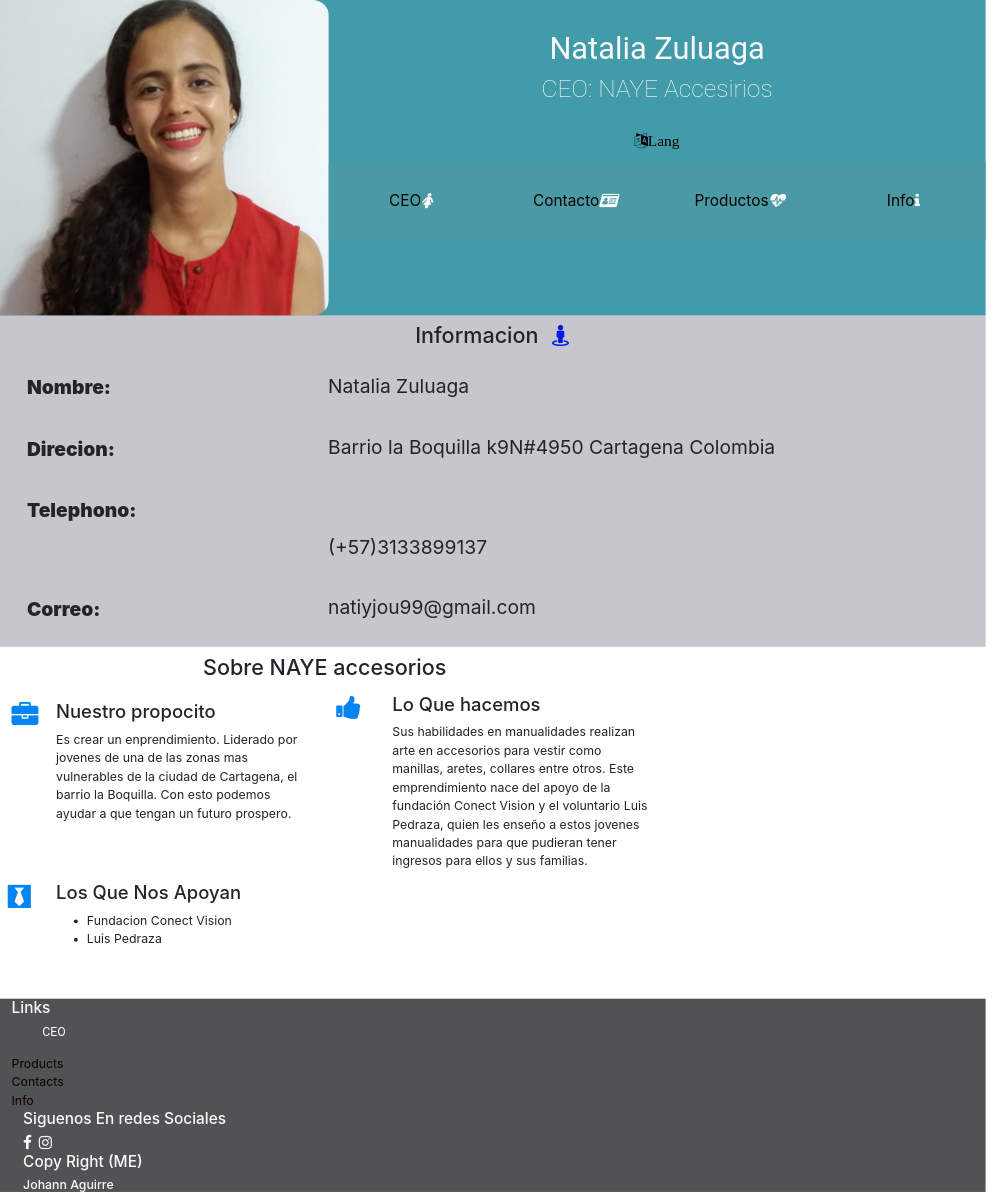
Repository: cachimiro/1-mile-stone-project
Page: index.html
The author's editor kept a record of every edit. The page is drawn from the files as they stood at one moment, then again after the next edit.
The browser window is 1280 px wide. The page is 1295 px wide, so the pictures cover 1295 px, including what lies to the right of the window. The pictures show the whole page, at 77% of full size.
Some web libraries are served in a nearby version.

Above is the page before.

### index.html
<!DOCTYPE html>
<html lang="es">

<head>
    <meta charset="UTF-8">
    <meta name="viewport" content="width=device-width, initial-scale=1.0">
    <meta http-equiv="X-UA-Compatible" content="ie=edge">
    <link rel="stylesheet" href="https://stackpath.bootstrapcdn.com/bootstrap/4.2.1/css/bootstrap.min.css" type="text/css" />
    <link rel="stylesheet" href="https://stackpath.bootstrapcdn.com/font-awesome/4.7.0/css/font-awesome.min.css" type="text/css" />
    <link rel="stylesheet" href="https://cdnjs.cloudflare.com/ajax/libs/hover.css/2.3.1/css/hover-min.css" type="text/css" />
    <link rel="stylesheet" href="css/style.css" type="text/css" />
    <title>NAYE accesirios</title>
</head>

<body>
    <header>
        <div class="row no-gutters">
            <a href="#" class="col-sm logo ">

            </a>

            <div class="col-md-8">
                <div class="row no-gutters">
                    <div class="col heading bg-color-name-title">
                        <h1 class="name">Natalia Zuluaga</h1>
                        <h2 class="title">CEO: NAYE Accesirios</h2>
                        <div class="dropdown">
                            <button class="dropbtn"><i class="fa fa-language">Lang</i></button>
                            <div class="dropdown-content">
                                <a href="index-english.html">English</a>
                            </div>
                        </div>


                    </div>
                </div>
                <div class="row no-gutters inline-block">
                    <div class="col"></div>
                    <ul id="nav" class="list-inline menucontainer">
                        <li class="col-6 col-sm-3 ui-menu-color-ceo list-inline-item menuitem">
                            <a href="#">CEO<i class="fa fa-ceo hvr-icon" aria-hidden="true"> <span><i class="fas fa-female"></i></span></i>  </a>
                        </li>
                        <li class="col-6 col-sm-3 ui-menu-color-contacto list-inline-item menuitem">
                            <a href="contactos.html">Contacto<i class="fa fa-contact hvr-icon" aria-hidden="true"> <span><i class="far fa-id-card"></i></span></i>  </a>
                        </li>
                        <li class="col-6 col-sm-3 ui-menu-color-productos list-inline-item menuitem">
                            <a href="productos.html"> Productos<i class="fa fa-crown hvr-icon" aria-hidden="true"> <span><i class="fas fa-heartbeat"></i></span></i>  </a>
                        </li>
                        <li class="col-6 col-sm-3 ui-menu-color-info list-inline-item menuitem">
                            <a href="informacion.html">Info<i class="fa fa-info hvr-icon" aria-hidden="true"></i>  </a>
                        </li>


                    </ul>

                </div>

            </div>
        </div>
    </header>
    <section class="container-fluid">
        <div class="row">
            <div class="col bg-color-personal-info section-column colour-of-infimacion">
                <div class="row">
                    <div class="col-12">
                        <h3 class="section-heading uppercase">Informacion <i class="fa fa-street-view"></i></h3>
                    </div>
                </div>
                 <div class="personal-info-item">
                    <div class="key">
                        <p class="uppercase">
                            Nombre:

                        </p>
                    </div>
                    <div class="value">
                        <p>
                            Natalia Zuluaga

                        </p>
                    </div>
                </div>
                <div class="personal-info-item">
                    <div class="key">
                        <p class="uppercase">
                            Direcion:

                        </p>
                    </div>
                    <div class="value">
                        <p>
                            Barrio la Boquilla k9N#4950 Cartagena Colombia

                        </p>
                    </div>
                </div>
                 <div class="personal-info-item">
                    <div class="key">
                        <p class="uppercase">
                            Telephono:

                        </p>
                    </div>
                    <div class="value">
                        <p class="move-right">
                       (+57)3133899137

                        </p>
                    </div>
                </div>
                 <div class="personal-info-item">
                    <div class="key">
                        <p class="uppercase">
                            Correo:

                        </p>
                    </div>
                    <div class="value">
                        <p>
                            natiyjou99@gmail.com

                        </p>
                    </div>
                </div>
            </div>

            <div class="row">
            <div class="col-md-8 bg-color-three-reasons section-column">
                <div class="row">
                    <div class="col">
                        <h3 class="section-heading uppercase">Sobre NAYE accesorios</h3>
                    </div>
                </div>
                    <div class="row">
                        <div class="col-10 offset-1 offset-sm-0 col-sm-4 col-md-6">
                            <div class="row">
                                <div class="col-2">
                                    <i class=" move-icon three-reasons-icon fa fa-briefcase" aria-hidden="true"></i>
                                </div>
                                <div class="col-10">
                                    <h4 class="three-reasons-heading uppercase add-padding">Nuestro  propocito</h4>
                                    <p> Es crear un enprendimiento. Liderado por jovenes
                                    de una de las zonas mas vulnerables de la ciudad de Cartagena,
                                    el barrio la Boquilla. Con esto podemos ayudar a que tengan un futuro prospero. </p>
                                </div>
                            </div>
                        </div>
                         <div class="col-10 offset-1 offset-sm-0 col-sm-4 col-md-6">
                            <div class="row">
                                <div class="col-2">
                                    <i class="three-reasons-icon fa fa-thumbs-up" aria-hidden="true"></i>
                                </div>
                                <div class="col-10">
                                    <h4 class="three-reasons-heading uppercase">Lo Que hacemos </h4>
                                    <p> Sus habilidades en manualidades realizan arte en accesorios para vestir
                                       como manillas, aretes, collares entre otros. Este emprendimiento
                                       nace del apoyo de la fundación Conect Vision y el voluntario Luis Pedraza,
                                       quien les enseño a estos jovenes manualidades para que pudieran tener ingresos
                                       para ellos y sus familias.</p>
                                </div>
                            </div>
                        </div>
                         <div class="col-10 offset-1 offset-sm-0 col-sm-4 col-md-6">
                            <div class="row">
                                <div class="col-2">
                                    <i class="move-icon-3 three-reasons-icon fa fa-black-tie" aria-hidden="true"></i>
                                </div>
                                <div class="col-10">
                                    <h4 class="three-reasons-heading uppercase">Los Que Nos Apoyan</h4>
                                    <ul>
                                        <li>Fundacion Conect Vision</li>
                                        <li class="add-padding-3">Luis Pedraza</li>
                                    </ul>
                                </div>
                            </div>
                        </div>

                    </div>

            </div>
        </div>
        </div>



    </section>



    <footer class="container-fluid">
        <div id="footer-detail" class="row">
            <div class="col-sm-4">
                <h5 class="uppercase general-sub">Links</h5>
                <div class="inline-block">
                    <ul class="links-footer">
                        <a href="#">
                            <li>
                                CEO
                            </div>
                        </a>
                         <a href="productos.html">
                            <div>
                                Products
                            </div>
                        </a>
                         <a href="contactos.html">
                            <div>
                                Contacts
                            </div>
                        </a>
                         <a href="informacion.html">
                            <div>
                                Info
                            </div>
                        </a>
                    </div>
                </div>
            </div>
            <div class="col-sm-4">
                <h5 class="uppercase general-sub">Siguenos En redes Sociales</h5>
                <div class="social-media-icons">
                    <div class="list-inline-item">
                        <a href="https://m.facebook.com/Nayeaccesorio/" target="_blank" class="">
                        <i class="fa fa-facebook" aria-hidden="true"></i>
                        <span class="sr-only">Facebook</span>
                        </a>
                    </div>
                    <div class="list-inline-item"></div>
                    <a href="https://www.instagram.com/nayeaccesorios/" target="_blank" class="">
                         <i class="fa fa-instagram" aria-hidden="true"></i>
                            <span class="sr-only">Instagram</span>
                            </a>

                </div>
            </div>
             <div class="col-sm-4">
                <h5 class="uppercase general-sub"> Copy Right (ME)</h5>
                <h6>Johann Aguirre</h6>

            </div>
        </div>


    </footer>
</body>

</html>

### css/style.css
@import url('https://fonts.googleapis.com/css?family=Roboto+Slab&display=swap');
/*----------colours*/

header {
    margin: 0;
    background-color: #419ba8;
    color: #f9f7fa;


}

.bg-color-name-title {
    padding-top: 30px;
}


.ui-menu-color-ceo {
    background-color:#499aa5;
    transition: all .5s ease-in-out;
    -moz-transition: all .5s ease-in-out;
    -webkit-transition: all .5s ease-in-out;


}

.ui-menu-color-contacto {
    background-color: #499aa5;
    transition: all .5s ease-in-out;
    -moz-transition: all .5s ease-in-out;
    -webkit-transition: all .5s ease-in-out;

}

.ui-menu-color-productos {
    background-color: #499aa5;
    transition: all .5s ease-in-out;
    -moz-transition: all .5s ease-in-out;
    -webkit-transition: all .5s ease-in-out;

}

.ui-menu-color-info {
    background-color: #499aa5;
    transition: all .5s ease-in-out;
    -moz-transition: all .5s ease-in-out;
    -webkit-transition: all .5s ease-in-out;

}

/*---------------sosial links colors*/

.social-links i {
    color: black;
}

/*-------------------heading, decoration*/

.list-inline-item:not(:last-child) {
    margin: 0;
}

.list-inline-item:hover{
    background-color: #757b7b;
    border-radius: 50%;
}

.bg-color-name-title {
    padding-top: 30px;
    font-family: "roboto", sans-serif;
    text-align: center;
}

.title {
    font-weight: 200;
    padding-bottom: 15px;
}

.name {
    font-weight: 400;
    padding-top: 10px;
}





i {
    color: #fafafa;

}

.inline-block {
    display: inline;
}

a {
    color: #0d0101;
}

a:hover {
    text-decoration: none;
    color: #fafafa;
}

.logo {
    background: url("../photo/natalia.jpg");
    background-position: center;
    background-repeat: no-repeat;
    background-size: cover;
    height: 410px;
    width: 370px;
    border-top-right-radius: 5%;
    border-bottom-right-radius: 5%;
    transition: all .5s ease-in-out;
    -moz-transition: all .10s ease-in-out;
    -webkit-transition: all .10s ease-in-out;
}

.menucontainer {
    font-size: 0;
}



#nav li {
    font-size: 20px;
    padding: 0;

}

.menuitem {
    line-height: 100px;
    text-align: center;

}


/*----------------drop down button*/

.dropbtn {
    background-color: transparent;
    color: #222020;
    padding: 16px;
    font-size: 12px;
    border: none;
}

.dropdown i {
    color: #000000;
    font-size: 20px;
}

.dropdown {
    position: static;
    display: inline-block;
    text-align: right;

}

.dropdown-content {
    display: none;
    position: absolute;
    background-color: #fafafa;
    min-width: 16px;
    box-shadow: 0px 8px 16px 0px rgba(0, 0, 0, 0.2);
    z-index: 1;
    border-radius: 20%;
}

.dropdown-content a {
    color: #000000;
    padding: 12px 16px;
    text-decoration: none;
    display: block;
}

.dropdown-content a:hover {
    background-color: #eb1e03;
    border-radius: 50%;


}

.dropdown:hover .dropdown-content {
    display: block;
}



/*-----------------------------section personal informtion informacion*/

.section-heading {
    padding: 10px;
    text-align: center;
}

.add-padding {
    padding-top: 10px;
}

.add-padding-3 {
    padding-bottom: 50px;
}

.move-icon {
    padding-left: 15px;
    padding-top: 10px;
}

.move-icon-3 {
    padding-left: 10px
}

.three-reasons-icon {
    color: #0284f3;
    font-size: 35px;

}

.colour-of-infimacion {
    background-color: #c6c6cc;
    line-height: 18px;

}


.personal-info-item {
    font-size: 25px;
    margin-bottom: 20px;
    padding: 20px;
    display: block;
    clear: both;

}

.col-md-4 {
    padding-right: 0;
}

.personal-info-item .key,
.personal-info-item .value {
    padding-right: 8px;
    display: inline-block;

}

.personal-info-item .key p,
.personal-info-item .value p {
    margin: 0;
}

.move-right {
    padding-top: 50px;
}

.personal-info-item .key {
    width: 30%;
    margin-right: 21px;
    padding-top: 2px;
    vertical-align: top;
}

.personal-info-item .key p {
    font-weight: 900;

}

.personal-info-item .value {
    position: relative;
    width: 60%;
}

/*----------------------------section icons*/

h3 i {
    color: #0517ea;
    padding-left: 10px;
}

/*---------------------footer links*/

.links-footer {
    font-family: "roboto", sans-serif;
    padding-right: 250px;



}

.links-footer li {
    color: #fafafa;
    text-decoration: none;
    list-style-type: none;
}

.links-footer li:hover {
    color: #e80c0c;


}

/*-----------------------footer*/


.social-media-icons i {
    color: #fafafa;
    text-align: center;
    font-size: 20px;


}

.social-media-icons i:hover {
    background-color: #e80c0c;
    border-radius: 50%;
    height: 30px;
    width: 30px;
    padding-top: 5px;
    transition-duration: 1s;



}

footer {
    background-color: #505254;
    margin: 0;
    color: #fafafa;
    position: static;


}




/*---------------------------------productos.html*/

/*------------------------------header*/



.logo-2 {
    text-align: center;
    top: -36px;
    background-repeat: no-repeat;
    width: 200px;
    height: 200px;
    margin: 0px;
    padding: 0px;
    background-color: #499aa5;
    transition: all 2s ease-in-out;
    -moz-transition: all 2s ease-in-out;
    -webkit-transition: all 2s ease-in-out;
}


.nowrap {
    flex-wrap: wrap-reverse;
}

/*--------------------------------------------section*/

/*----------------------------------image*/

.photo-adjust {
    margin: 0;
    padding: 0;
    display: block;
    top: -21px;
    line-height: 20px;


}

.photo-1 {
    border-radius: 50%;
    -webkit-transition: border-radius 2s;
    transition: border-radius 2s;
}

.photo-1:hover {
    border-radius: 0;
    transition-duration: 1s;

}



.dropdown-links {
    line-height: 100px;
    text-align: center;

}

.dropbtn-links {
    top: -56px;
    padding: 0;
    margin: 0;
}

/*--------------------------hover image information*/

.font-style {
    color: #111111;
    font-family: "roboto", sans-serif;
    font-weight: 600;
    text-align: center;
    text-shadow: 2px 2px #28c7db;
    padding: 10px;
}

/*-------------------------drop-down-button-2*/

.dropdown-2 {
    position: static;
    right: -500px;
    top: 0;
    z-index: 1;

}

.dropbtn-2 {
    background-color: transparent;
    color: #222020;
    padding: 16px;
    font-size: 12px;
    border: none;
}

.dropdown-2 i {
    color: #222020;
    font-size: 20px;
}




.dropdown-content-2 {
    display: none;
    position: absolute;
    background-color: #fafafa;
    min-width: 16px;
    box-shadow: 0px 8px 16px 0px rgba(0, 0, 0, 0.2);
    z-index: 1;
    border-radius: 20%;
}

.dropdown-content-2 a {
    color: #000000;
    padding: 12px 16px;
    text-decoration: none;
    display: block;
}

.dropdown-content-2 a:hover {
    background-color: #eb1e03;
    border-radius: 50%;


}

.dropdown-2:hover .dropdown-content-2 {
    display: block;
}

.dropdown-2:hover .dropbtn-2 {
    background-color: #3fbec8;


}

/*------------------------------------contactos.html*/

.bg-color-lightblue {
    background-color: #fafafa;
}

.logo-3 {
    text-align: center;
    top: -56px;
    background-repeat: no-repeat;
    width: 200px;
    height: 200px;
    margin: 0px;
    padding: 0px;
    position: static;
    background-color: #499aa5;
    transition: all 2s ease-in-out;
    -moz-transition: all 2s ease-in-out;
    -webkit-transition: all 2s ease-in-out;
}

.menuitem-1 {
    line-height: 100px;
    text-align: center;
}

/*---------------------------------contact form*/

.contact-firm {
    text-align: center;
    font-size: 40px;
    font-weight: 200;
    font-family: "roboto", sans-serif;
    padding: 20px;
    color: #000000;

}

input[type=email] {
    width: 100%;
    border-radius: 4px;
    margin-bottom: 10px;
    padding: 10px;
    border: 1px solid #cccccc;
}

input[type=text],
select,
textarea {
    width: 100%;
    padding: 12px;
    border: 1px solid #cccccc;
    border-radius: 4px;
    box-sizing: border-box;
    margin-top: 6px;
    margin-bottom: 16px;
    resize: vertical;
}

input[type=submit] {
    background-color: #b84bff;
    color: #fafafa;
    padding: 12px 20px;
    border: none;
    border-radius: 4px;
    cursor: pointer;
}

input[type=submit]:hover {
    background-color: #5009ff;
}

.container-6 {
    border-radius: 5px;
    background-color: #cacaca;
    padding: 20px;
}

/*--------------------------------info.html*/

.progress {
    border-radius: 10px;
}

.progress-bar {
    background-color: #122a2f;
}

.info-header {
    background-color: #419ba8;
}

.logo-4 {
    text-align: center;
    top: -56px;
    background-repeat: no-repeat;
    width: 200px;
    height: 200px;
    margin: 0px;
    padding: 0px;
    position: static;
}

.menuitem-3 {
    line-height: 100px;
    text-align: center;
    top: -20px;
}

.colour-section {
    background-color: #fafafa;
    color: #000000;
}

/*------------------------------media querys*/

@media (max-width: 450px) {
    section {
        width: 100%;
        line-height: 25px;
    }
}



@media (max-width: 450px) {
    section .colour-of-infimacion {
        border-radius: 0;
    }
}

@media (max-width:450px) {
    header .logo {
        border-radius: 0;
        width: 100%;
    }
}
@media (max-width:500px){
    .menuitem-3{
        background-color:  #c6c6cc;
    }
}
@media (max-width:500px){
    .menuitem-1{
        background-color:  #c6c6cc;
    }
}

@media (max-width: 500px) {
    header .menuitem {
        background-color:  #c6c6cc;
    }

}
@media (max-width: 1300px){
    body{
        position: static;
    }
}

After the next edit:
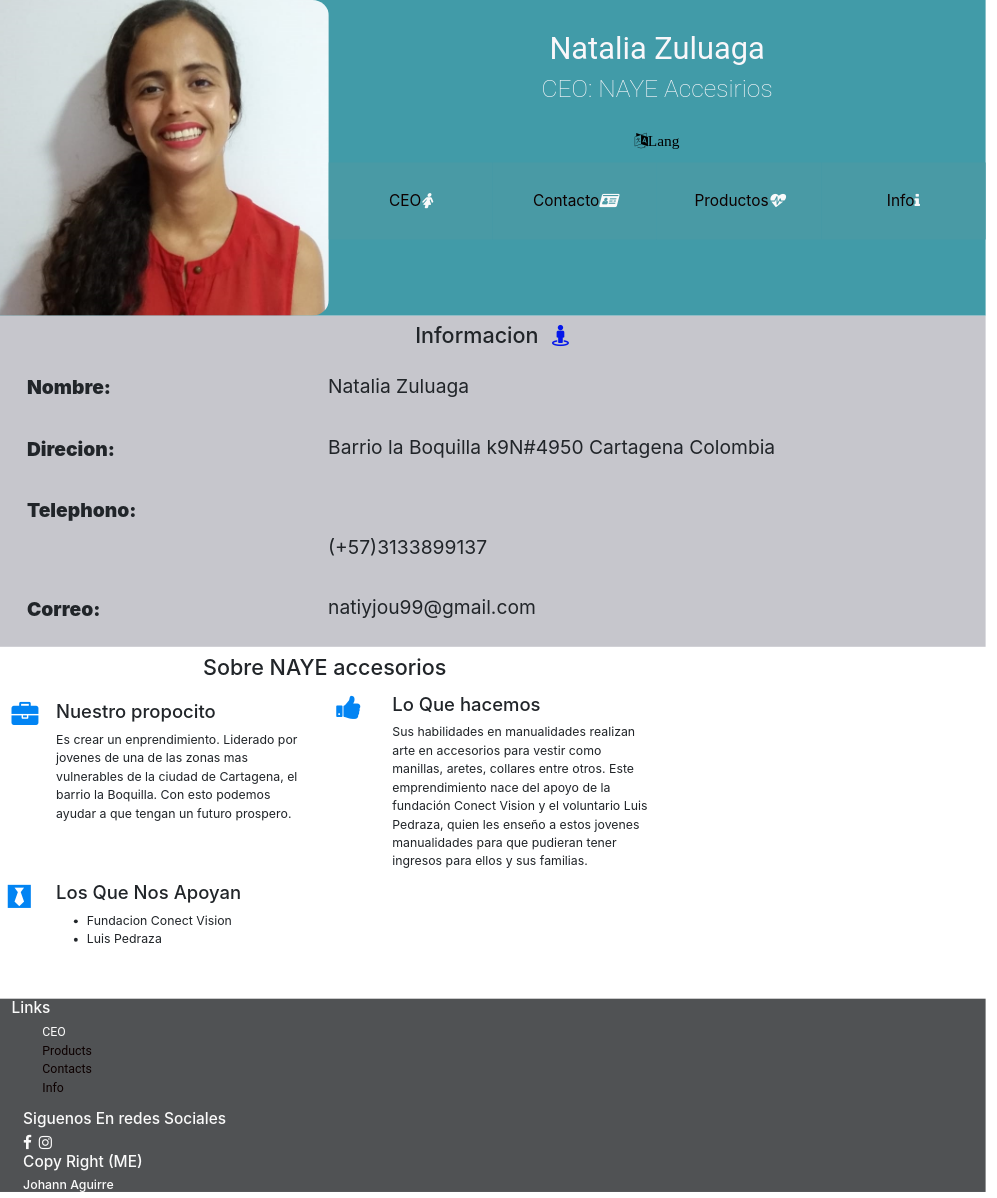
The edit:
--- a/index.html
+++ b/index.html
@@ -196,7 +196,7 @@
                         <a href="#">
                             <li>
                                 CEO
-                            </div>
+                            </li>
                         </a>
                          <a href="productos.html">
                             <div>
